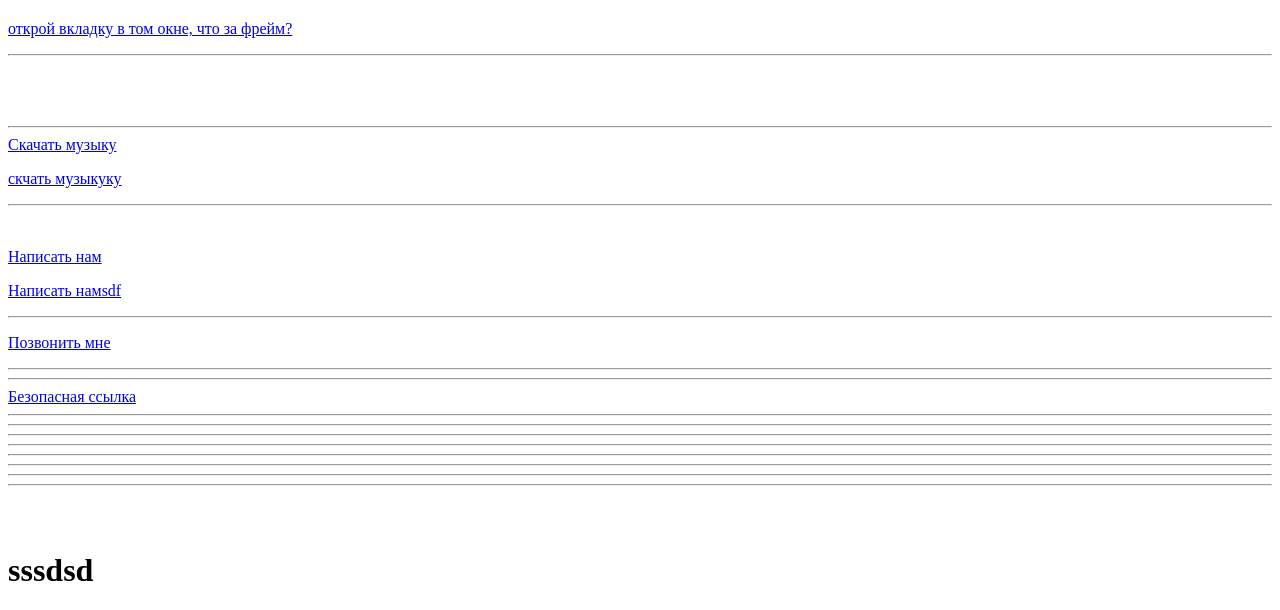
Repository: sannikovcode/exercises-a1
Page: JS/test1/task4/index.html
An editor plug-in stored every save of this project. The page is shown before and after the next save, followed by the edit.
The browser window is 1280 px wide. The pictures show the part of the page from y = 616 to 1278 px (the page is 1226 px tall before and 1278 px after).

Above is the page before, as saved 2025-10-17 08:56:21.

After the next save:
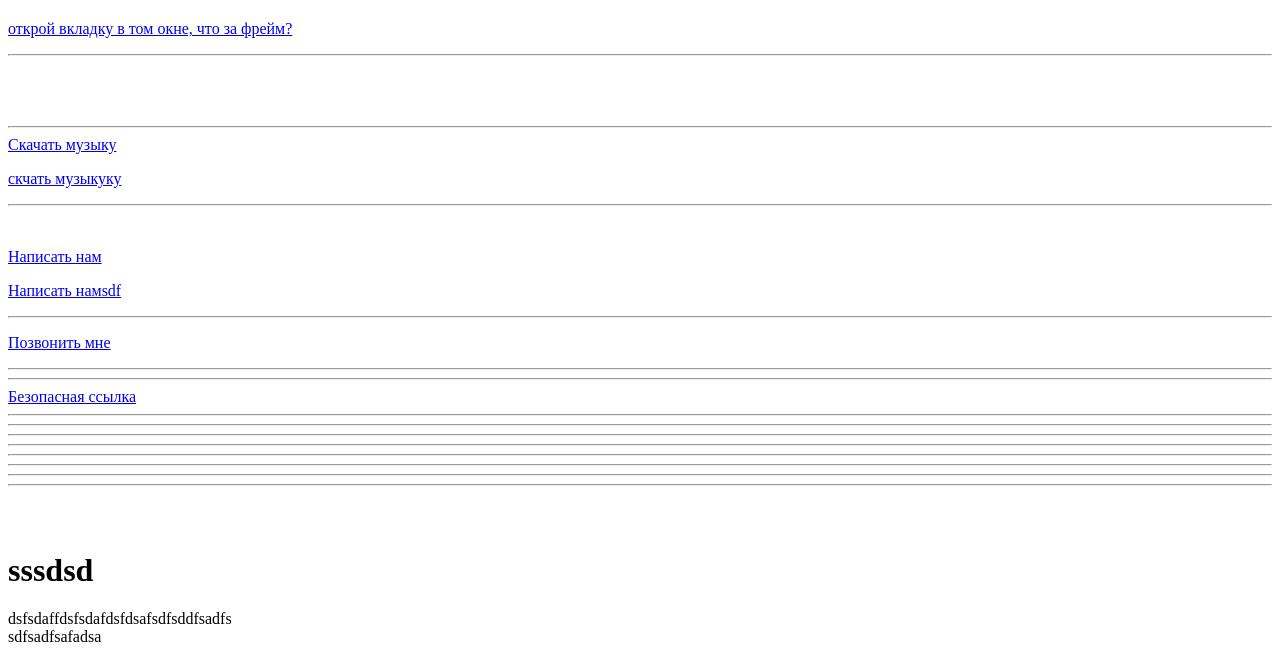
Saved 20 s later.
--- a/JS/test1/task4/index.html
+++ b/JS/test1/task4/index.html
@@ -57,7 +57,8 @@
     <br><br>
     <h1>sssdsd</h1>
     <p>
-    <div></div>
+    <div>dsfsdaffdsfsdafdsfdsafsdfsddfsadfs</div>
+    <div>sdfsadfsafadsa</div>
     </p>
 
 
